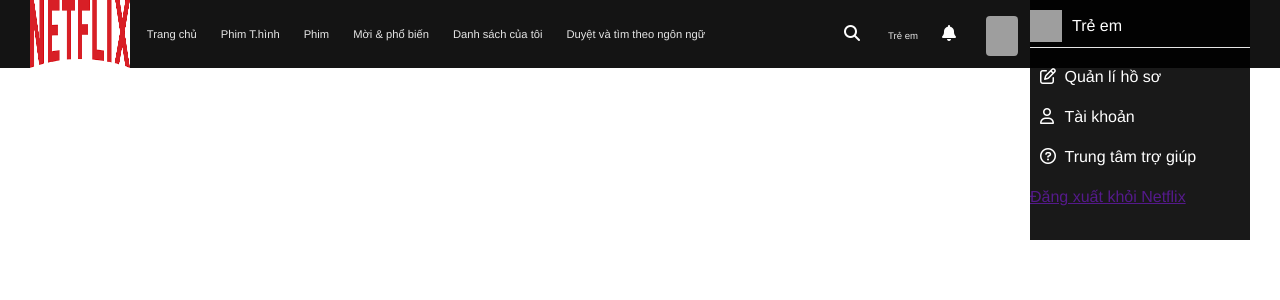
Repository: Tbs-Giang-Luong/neflix
Page: netflix/index.html
An editor plug-in stored every save of this project. The page is shown before and after the next save, followed by the edit.
The browser window is 1280 px wide. The pictures show the whole page.
Pictures or frames that could not be fetched are drawn as grey boxes.

Above is the page before, as saved 2022-10-11 16:02:00.

After the next save:
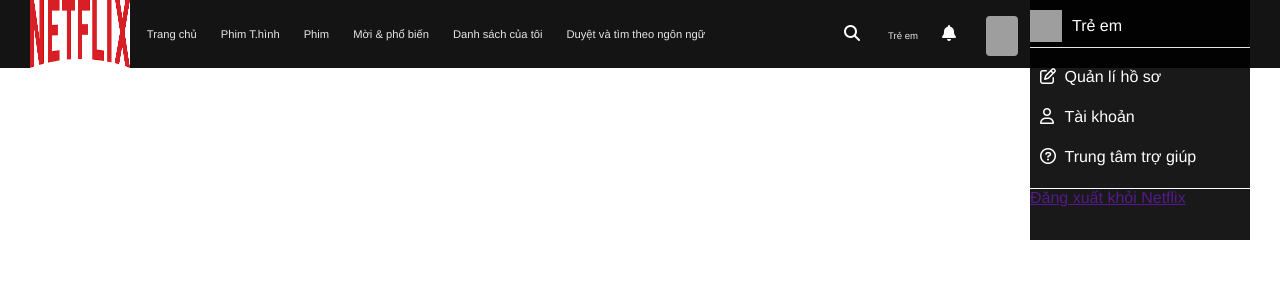
Saved 55 s later.
--- a/netflix/asset/css/main.css
+++ b/netflix/asset/css/main.css
@@ -220,6 +220,7 @@
 
 .main-register {
     padding: 10px 5px;
+    border-bottom: 1px solid var(--white-color);
 }
 
 .register-item {
